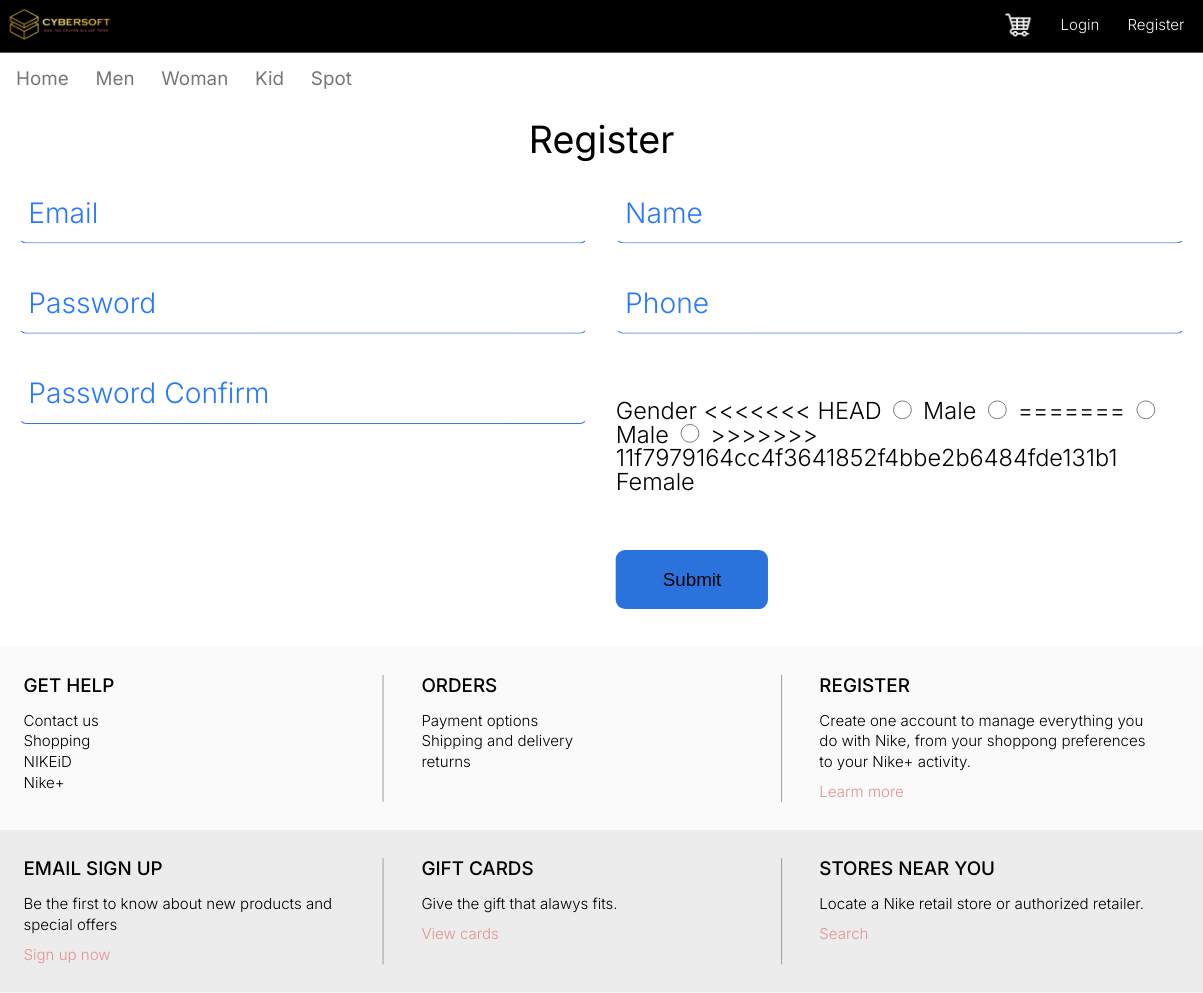
Repository: ThinhLe1208/BC43-Capstone-Js
Page: register.html
The author's editor kept a copy of each file at every save. The page is drawn from the files as they stood at one save, then again after the next save.
The browser window is 1280 px wide. The pictures show the whole page, at 94% of full size.
Some icons come from a web library that is not loaded, so they are not drawn. Some web libraries are served in a nearby version.

Above is the page before, as saved 2023-03-27 09:15:51.
Console error: SyntaxError: Unexpected token '<<'

### register.html
<!DOCTYPE html>
<html lang="en">

<head>
    <meta charset="UTF-8">
    <meta http-equiv="X-UA-Compatible" content="IE=edge">
    <meta name="viewport" content="width=device-width, initial-scale=1.0">
    <title>Register</title>
    <!-- bootstrap -->


    <!-- Google Font -->
    <link rel="preconnect" href="https://fonts.googleapis.com">
    <link rel="preconnect" href="https://fonts.gstatic.com" crossorigin>
    <link href="https://fonts.googleapis.com/css2?family=Inter:wght@200;300;400;500;600;700;800&display=swap"
        rel="stylesheet">

    <!-- Font Awesome -->
    <link rel="stylesheet" href="https://cdnjs.cloudflare.com/ajax/libs/font-awesome/6.3.0/css/all.min.css"
        integrity="sha512-SzlrxWUlpfuzQ+pcUCosxcglQRNAq/DZjVsC0lE40xsADsfeQoEypE+enwcOiGjk/bSuGGKHEyjSoQ1zVisanQ=="
        crossorigin="anonymous" referrerpolicy="no-referrer" />

    <!-- Main Css -->
    <link rel="stylesheet" href="./assets/css/index.min.css">
</head>

<body>
    <header class="header">
        <div class="header-top">
            <div class="container">
                <div class="header-list">

                    <img src="./assets/img/image 3.png" alt="">

                    <div class="header-item">
                        <img src="./assets/img/image 8.png" alt="">
                        <a href="#">Login</a>
                        <a href="#">Register</a>
                    </div>
                </div>
            </div>
        </div>
        <div class="container">
            <nav class="menu">
                <a href="/index.html" class="menu-link">Home</a>
                <a href="#" class="menu-link">Men</a>
                <a href="#" class="menu-link">Woman</a>
                <a href="#" class="menu-link">Kid</a>
                <a href="#" class="menu-link">Spot</a>
            </nav>
        </div>
    </header>
    <section class="register">
        <div class="container">
            <div class="register-title">
                <h2>Register</h2>
            </div>
            <form id="form" action="" class="register-form">
                <div class="register-form-left">
                    <div class="input-focus-effect ">
                        <div class="error-email"></div>
                        <span class="icon-email"></span>
                        <input type="text" placeholder=" " id="email" />
                        <label>Email</label>
                    </div>
                    <div class="input-focus-effect ">
                        <div class="error-password"></div>
                        <span class="icon-password"></span>
                        <input type="password" placeholder=" " id="password" />
                        <label>Password</label>
                    </div>
                    <div class="input-focus-effect ">
                        <div class="error-password1"></div>
                        <span class="icon-password1"></span>
                        <input type="password" placeholder=" " id="password1" />
                        <label>Password Confirm</label>
                    </div>
                </div>
                <div class="register-form-right">
                    <div class="input-focus-effect ">
                        <div class="error-name"></div>
                        <span class="icon-name"></span>
                        <input type="text" placeholder=" " id="name" />
                        <label>Name</label>
                    </div>
                    <div class="input-focus-effect ">
                        <div class="error-phone"></div>
                        <span class="icon-phone"></span>
                        <input type="number" placeholder=" " id="phone" />
                        <label>Phone</label>
                    </div>
                    <div class="input-checkbox">
                        <span>Gender</span>
<<<<<<< HEAD
                        <input type="radio" value="true" name="type" id="radio"/>
                        <span>Male</span>
                        <input type="radio" value="false" name="type" id="radio"/>
=======
                        <input type="radio" value="true" name="type" />
                        <span>Male</span>
                        <input type="radio" value="false" name="type" />
>>>>>>> 11f7979164cc4f3641852f4bbe2b6484fde131b1
                        <span>Female</span>
                        <div class="error"></div>
                    </div>
                    <button type="submit" class="btn-register">Submit</button>
                </div>
            </form>
        </div>
    </section>
    <footer>
        <div class="footer-content">
            <div class="container">
                <div class="footer-list">
                    <div class="footer-item">
                        <h3>GET HELP</h3>
                        <p>Contact us</p>
                        <p>Shopping</p>
                        <p>NIKEiD</p>
                        <p>Nike+</p>
                    </div>
                    <div class="footer-item">
                        <h3>ORDERS</h3>
                        <p>Payment options</p>
                        <p>Shipping and delivery</p>
                        <p>returns</p>

                    </div>
                    <div class="footer-item">
                        <h3>REGISTER</h3>
                        <p>Create one account to manage everything you do with Nike, from your shoppong preferences to
                            your Nike+ activity.</p>
                        <a href="#">Learm more</a>
                    </div>
                </div>
            </div>
        </div>
        <div class="footer-content">
            <div class="container">
                <div class="footer-list">
                    <div class="footer-item">
                        <h3>EMAIL SIGN UP</h3>
                        <p>Be the first to know about new products and special offers</p>
                        <a href="#">Sign up now</a>
                    </div>
                    <div class="footer-item">
                        <h3>GIFT CARDS</h3>
                        <p>Give the gift that alawys fits.</p>
                        <a href="#">View cards</a>
                    </div>
                    <div class="footer-item">
                        <h3>STORES NEAR YOU</h3>
                        <p>Locate a Nike retail store or authorized retailer.</p>
                        <a href="#">Search</a>
                    </div>
                </div>

            </div>
        </div>
    </footer>

    <!-- bootstrap -->

    <!-- Axios -->
    <script src="https://unpkg.com/axios@1.1.2/dist/axios.min.js"></script>

    <!-- Main JS -->
    <script type="module" src="/controllers/register.js"></script>
</body>

</html>

### controllers/register.js
import Validation from '/models/Validation.js';
import { getRegister } from '/models/api.js';

//hover line menu
const links = [...document.querySelectorAll(".menu-link")];
links.forEach((item) => item.addEventListener("mouseenter", handleHoveerLine));
const line = document.createElement("div");
line.className = "line-effect";
document.body.appendChild(line);
function handleHoveerLine(e) {
  const { left, width, top, height } = e.target.getBoundingClientRect();
  line.style.width = `${width}px`;
  line.style.left = `${left}px`;
  line.style.top = `${top + height + 5}px`;
}
const menu = document.querySelector(".menu");
menu.addEventListener("mouseleave", function () {
<<<<<<< HEAD
  line.style.width = 0 ;
});


=======
  line.style.width = 0;
});
>>>>>>> 11f7979164cc4f3641852f4bbe2b6484fde131b1
// value gender
const mala = document.getElementsByName("type");
function getInfo(mala) {
  let gender = "";
  for (let index = 0; index < mala.length; index++) {
    if (mala[index].checked == true) {
      gender = mala[index].value;
    }
  }
  return gender;
}

// function Getregister(){
//   this.email= "",
//   this.password= "",
//   this.name= "",
//   this.gender= "",
//   this.phone= ""
// }

//get info

<<<<<<< HEAD
let register = {
  email: "",
  password: "",
  name: "",
  gender: "",
  phone: "",
};

var check = new Validation();
const from = document.getElementById("form"), span = document.querySelectorAll('.input-focus-effect span');
document.querySelector(".btn-register").onclick = function (e) {
  e.preventDefault();
  register.email = document.getElementById("email").value;
  register.password = document.getElementById("password").value;
  register.name = document.getElementById("name").value;
  register.gender = getInfo(mala);
  register.phone = document.getElementById("phone").value;

  const passwordConfirm = document.getElementById("password1").value;

  var valid = false;
  valid =
    check.checkEmail(register.email, ".error-email", ".icon-email") &
    check.checkPassword(
      register.password,
      ".error-password",
      ".icon-password"
    ) &
    check.checkName(register.name, ".error-name", ".icon-name") &
    check.checkPhone(register.phone, ".error-phone", ".icon-phone") &
    check.checkGender(register.gender, ".error");
  if (passwordConfirm != register.password) {
    document.querySelector(
      ".error-password1"
    ).innerHTML = `Mật khẩu không khớp !`;
    document.querySelector(
      ".icon-password1"
    ).innerHTML = '';
    return;
  } else {
    document.querySelector(".error-password1").innerHTML = " ";
    document.querySelector(
      ".icon-password1"
    ).innerHTML = `<i class="fa-solid fa-check"></i>`;
  }
  if (!valid) {
    return;
  }
 if( getRegister(register)){
  form.reset();
  [...span].forEach(item => item.innerHTML= '');
 }
  // getRegister(register);


};
=======
let register = [
  email = "",
  password = "",
  name = "",
  gender = "",
  phone = ""
];

var check = new Validation();
const from = document.querySelector('#from');
document.querySelector(".btn-register").onclick = function (e) {
  e.preventDefault();
  register.email = document.getElementById("email").value;
  register.password = document.getElementById("password").value;
  register.name = document.getElementById("name").value;
  register.gender = getInfo(mala);
  register.phone = document.getElementById("phone").value;

  const passwordConfirm = document.getElementById("password1").value;

  var valid = true;
  valid = check.checkEmail(register.email, '.error-email', '.icon-email');
  valid = check.checkPassword(register.password, '.error-password', '.icon-password');
  valid = check.checkName(register.name, '.error-name', '.icon-name');
  valid = check.checkPhone(register.phone, '.error-phone', '.icon-phone');
  valid = check.checkGender(register.gender, '.error');
  if (passwordConfirm != register.password) {
    document.querySelector(".error-password1").innerHTML = `Mật khẩu không khớp !`;
    return;
  } else {
    document.querySelector(".error-password1").innerHTML = " ";
    document.querySelector('.icon-password1').innerHTML = `<i class="fa-solid fa-check"></i>`;
  }
  if (!valid) {
    return;
  }
  getRegister(register);

};

>>>>>>> 11f7979164cc4f3641852f4bbe2b6484fde131b1

Loaded but not shown: assets/css/index.min.css (library)

After the next save:
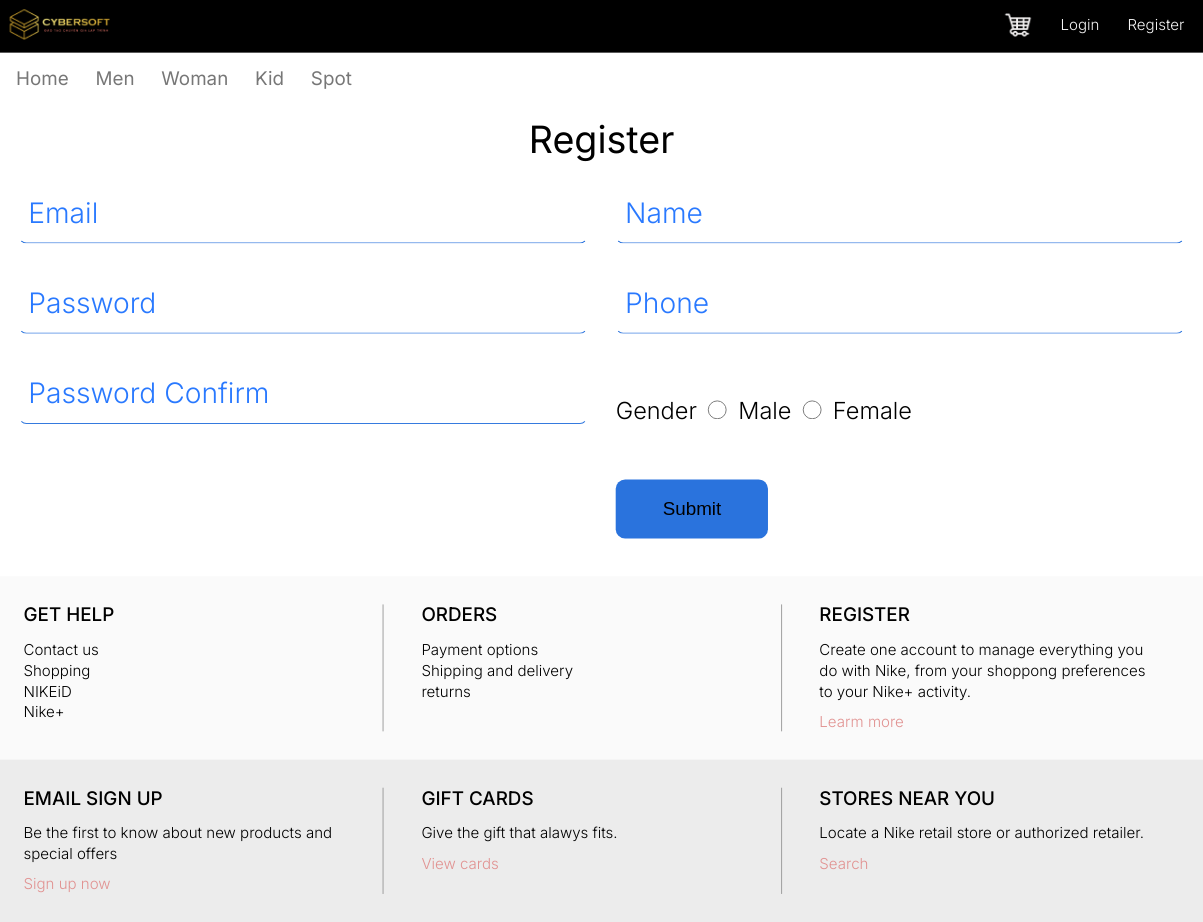
Saved 29 s later.
--- a/register.html
+++ b/register.html
@@ -91,15 +91,9 @@
                     </div>
                     <div class="input-checkbox">
                         <span>Gender</span>
-<<<<<<< HEAD
-                        <input type="radio" value="true" name="type" id="radio"/>
-                        <span>Male</span>
-                        <input type="radio" value="false" name="type" id="radio"/>
-=======
                         <input type="radio" value="true" name="type" />
                         <span>Male</span>
-                        <input type="radio" value="false" name="type" />
->>>>>>> 11f7979164cc4f3641852f4bbe2b6484fde131b1
+                        <input type="radio" value="false" name="type"/>
                         <span>Female</span>
                         <div class="error"></div>
                     </div>
